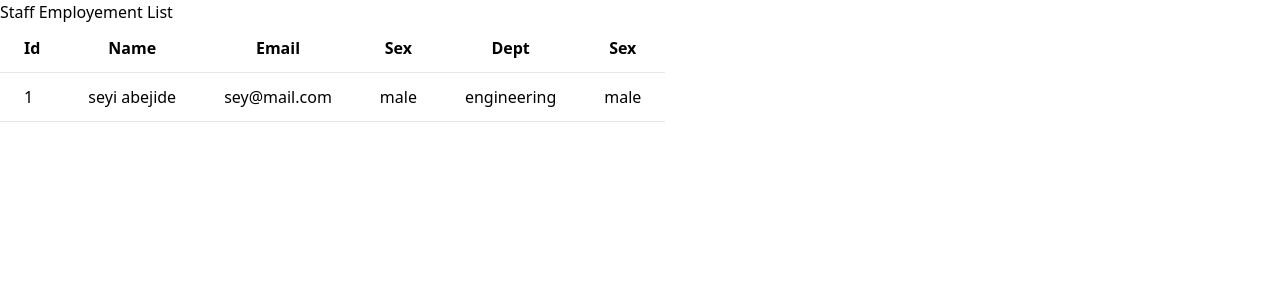
Repository: Semanmernstack/crud
Page: /
The author's editor kept a copy of each file at every save. The page is drawn from the files as they stood at one save, then again after the next save.
The browser window is 1280 px wide. The pictures show the whole page.
The project was rebuilt for these pictures with package versions that can differ from the ones it lists, and the page was loaded fresh each time. Also part of the build but not shown: src/Details.js, src/Create.js, src/Edit.js.

Above is the page before, as saved 2022-12-23 03:29:11.

After the next save:
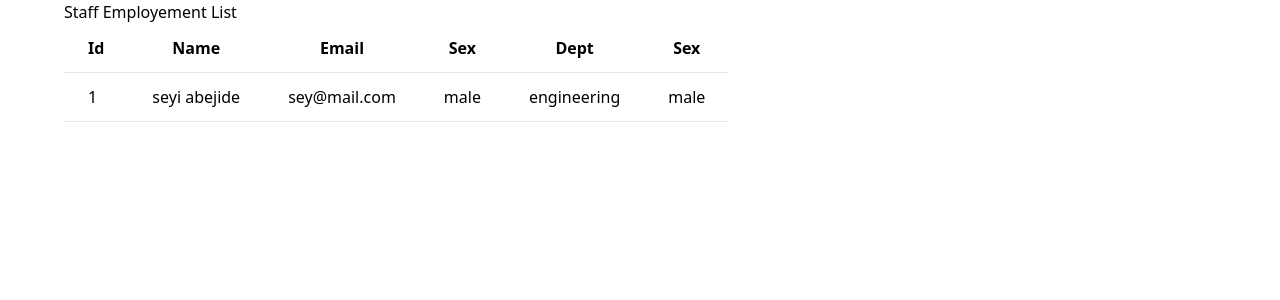
Saved 12 s later.
--- a/src/List.js
+++ b/src/List.js
@@ -2,7 +2,7 @@
 
 function List() {
   return (
-    <div className="overflow-x-auto max-w-6xl  ">
+    <div className="overflow-x-auto max-w-6xl mx-auto  ">
 
         <p>Staff Employement List</p>
 

After the save that followed:
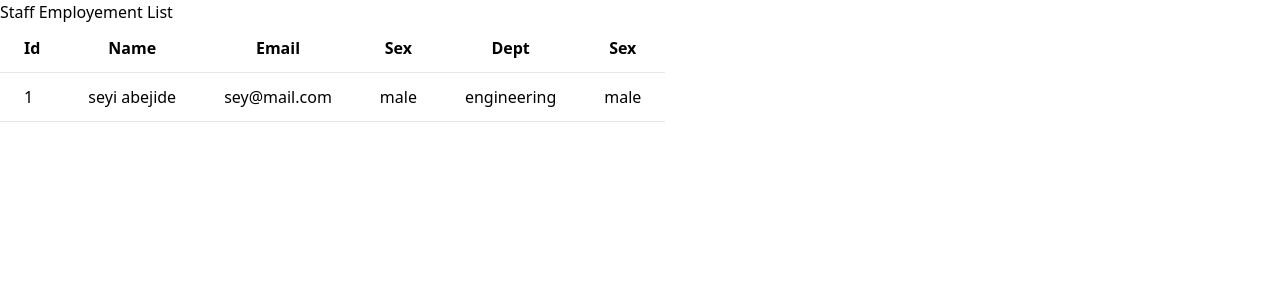
Saved 60 s later.
--- a/src/List.js
+++ b/src/List.js
@@ -2,7 +2,7 @@
 
 function List() {
   return (
-    <div className="overflow-x-auto max-w-6xl mx-auto  ">
+    <div className="overflow-x-auto max-w-6xl md:max-w-7xl lg:max-w-9xl mx-auto  ">
 
         <p>Staff Employement List</p>
 
